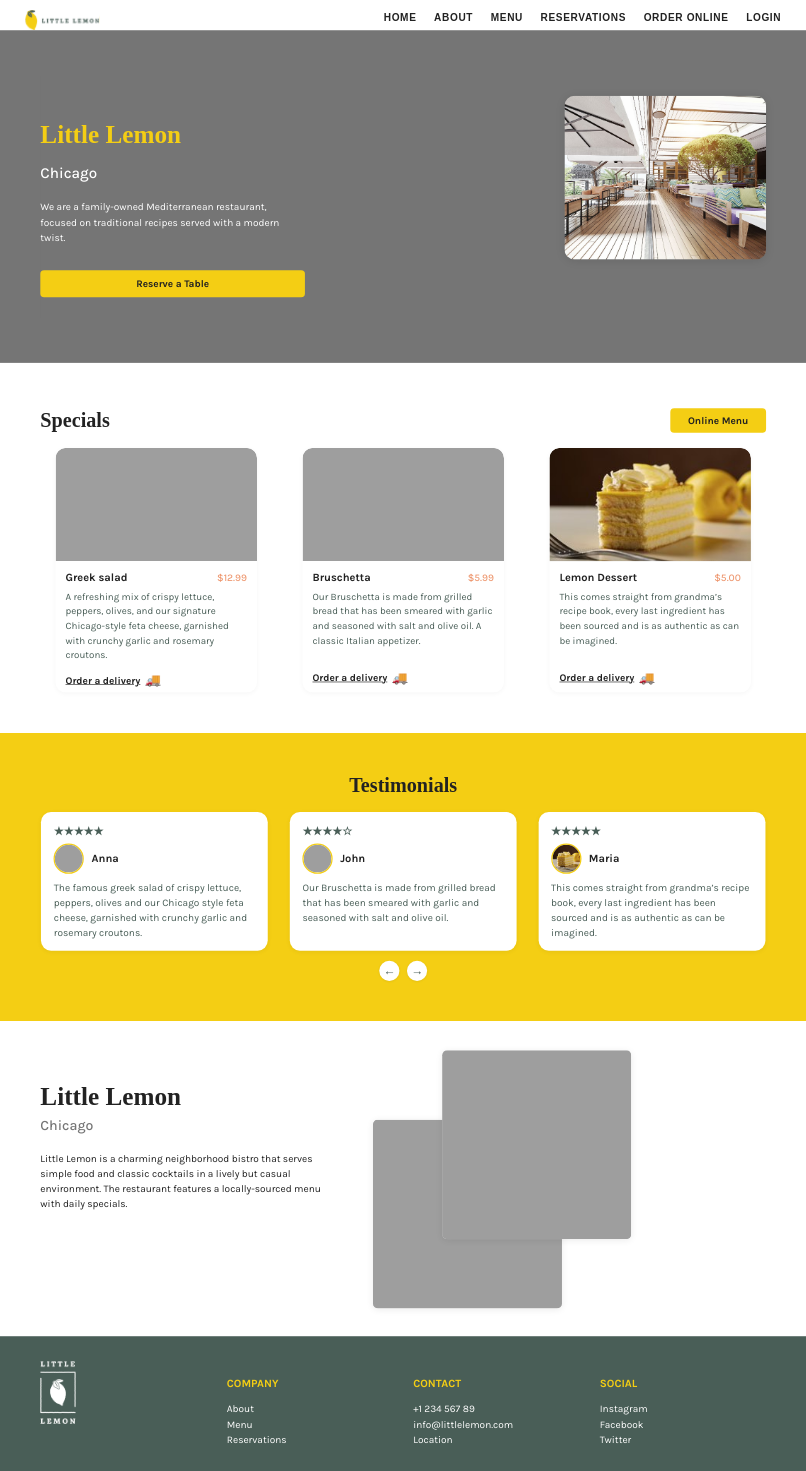
Repository: mrtseven/capstone-little-lemon-mrt
Page: /
An editor plug-in stored every save of this project. The page is shown before and after a run of saves, followed by the edit.
The browser window is 1280 px wide. The pictures show the whole page, at 63% of full size.
Pictures or frames that could not be fetched are drawn as grey boxes. Some web fonts or font styles are not loaded; a fallback is used. The project was rebuilt for these pictures with package versions that can differ from the ones it lists, and the page was loaded fresh each time. Also part of the build but not shown: src/pages/About.jsx, src/pages/Menu.jsx, src/components/ReservationForm.jsx, src/bookingsAPI.js, src/components/ConfirmedReservation.jsx, src/pages/Reservations.jsx, src/pages/Order.jsx, src/pages/Login.jsx.

Above is the page before, as saved 2025-07-28 18:17:29.

### public/index.html
<!DOCTYPE html>
<html lang="en">
  <head>
    <meta charset="utf-8" />
    <link rel="icon" href="%PUBLIC_URL%/favicon.ico" />
    <meta name="viewport" content="width=device-width, initial-scale=1" />
    <meta name="theme-color" content="#000000" />
    <meta name="description" content="Experience vibrant Mediterranean flavors at Little Lemon, a stylish bar and small plates restaurant in the heart of Dublin. Enjoy fresh produce, handcrafted cocktails, and a premium wine selection in a lively, modern atmosphere—perfect for intimate dinners or special occasions."/>
    <meta name="og:title" content="Little Lemon restaurant"/>
    <meta name="og:description" content="Experience vibrant Mediterranean flavors at Little Lemon, a stylish bar and small plates restaurant in the heart of Dublin. Enjoy fresh produce, handcrafted cocktails, and a premium wine selection in a lively, modern atmosphere—perfect for intimate dinners or special occasions."/>
    <meta name="og:image" content="%PUBLIC_URL%/restaurant.jpg"/>
    <link rel="preconnect" href="https://fonts.googleapis.com">
    <link rel="preconnect" href="https://fonts.gstatic.com" crossorigin>
    <link href="https://fonts.googleapis.com/css2?family=Markazi+Text:wght@400..700&display=swap" rel="stylesheet">
    <link rel="apple-touch-icon" href="%PUBLIC_URL%/logo192.png" />
    <!--
      manifest.json provides metadata used when your web app is installed on a
      user's mobile device or desktop. See https://developers.google.com/web/fundamentals/web-app-manifest/
    -->
    <link rel="manifest" href="%PUBLIC_URL%/manifest.json" />
    <!--
      Notice the use of %PUBLIC_URL% in the tags above.
      It will be replaced with the URL of the `public` folder during the build.
      Only files inside the `public` folder can be referenced from the HTML.

      Unlike "/favicon.ico" or "favicon.ico", "%PUBLIC_URL%/favicon.ico" will
      work correctly both with client-side routing and a non-root public URL.
      Learn how to configure a non-root public URL by running `npm run build`.
    -->
    <title>React App</title>
  </head>
  <body>
    <noscript>You need to enable JavaScript to run this app.</noscript>
    <div id="root"></div>
    <!--
      This HTML file is a template.
      If you open it directly in the browser, you will see an empty page.

      You can add webfonts, meta tags, or analytics to this file.
      The build step will place the bundled scripts into the <body> tag.

      To begin the development, run `npm start` or `yarn start`.
      To create a production bundle, use `npm run build` or `yarn build`.
    -->
  </body>
</html>

### src/App.css
@import url('https://fonts.googleapis.com/css2?family=Karla:wght@400;500;700;800&family=Markazi+Text:wght@400;500;700&display=swap');

/* === Type System & Base Styles === */

body {
  font-family: 'Karla', Arial, sans-serif;
  color: #222;
  background: #fff;
  margin: 0;
  padding: 0;
}

/* Display Title - Medium 64pt */
h1 {
  font-family: 'Markazi Text', serif;
  font-size: 64px;
  font-weight: 500;
  margin-bottom: 0.25em;
  line-height: 1.1;
}

/* Sub title - keep close to display */
h2 {
  font-family: 'Markazi Text', serif;
  font-size: 40px;
  font-weight: 400;
  margin-bottom: 0.25em;
  line-height: 1.2;
}

/* Regular 40pt (for h3) */
h3 {
  font-family: 'Markazi Text', serif;
  font-size: 40px;
  font-weight: 400;
  margin-bottom: 0.25em;
  line-height: 1.2;
}

/* Section Title! Uppercase 20pt Extra Bold */
h4 {
  font-family: 'Markazi Text', serif;
  font-size: 20px;
  font-weight: 800;
  text-transform: uppercase;
  margin-bottom: 0.5em;
  line-height: 1.2;
}

/* Card Title 18pt Bold */
h5 {
  font-family: 'Karla', Arial, sans-serif;
  font-size: 18px;
  font-weight: 700;
  margin-bottom: 0.5em;
  line-height: 1.2;
}

/* Category/Section 16pt Extra Bold */
h6 {
  font-family: 'Karla', Arial, sans-serif;
  font-size: 16px;
  font-weight: 700;
  margin-bottom: 0.5em;
  line-height: 1.2;
}

/* Paragraph text regular 16pt, 1.5 line height */
p {
  font-family: 'Karla', Arial, sans-serif;
  font-size: 16px;
  font-weight: 400;
  line-height: 1.5;
  margin-bottom: 1em;
  color: #222;
  max-width: 65ch;
}

/* Lead text (use .lead for emphasis) */
.lead {
  font-family: 'Karla', Arial, sans-serif;
  font-size: 18px;
  font-weight: 400;
  color: #222;
  margin-bottom: 0.5em;
}

/* Highlight text (e.g. price) */
.highlight {
  font-family: 'Karla', Arial, sans-serif;
  font-size: 16px;
  font-weight: 500;
  color: #495E57;
}

/* Section/Category bold (for span or strong) */
.bold {
  font-family: 'Karla', Arial, sans-serif;
  font-weight: 700;
}
.extra-bold {
  font-family: 'Karla', Arial, sans-serif;
  font-weight: 800;
}
.uppercase {
  text-transform: uppercase;
}

/* Accent colors */
.accent-green {
  color: #495E57;
}
.accent-yellow {
  color: #F4CE14;
}
.bg-accent-green {
  background: #495E57;
}
.bg-accent-yellow {
  background: #F4CE14;
}

/* Rounded corners utility */
.rounded-16 {
  border-radius: 16px;
}

/* Container for the navbar */
.navbar {
  max-width: 1200px;
  margin: 0 auto;
  display: flex;
  align-items: center;
  justify-content: space-between;
  background: #fff;
  padding: 16px 40px 0 40px; /* Top/Bottom, Left/Right */
  font-family: 'Arial', sans-serif;

}

/* Logo and brand */
.navbar-logo {
  display: flex;
  align-items: center;
}

.navbar-logo img {
  height: 32px; /* Adjust as needed */
  margin-right: 8px;
}

.navbar-brand {
  font-weight: bold;
  color: #CFC12D; /* Lemon yellow, adjust as necessary */
  letter-spacing: 2px;
  font-size: 1.1rem;
  display: none !important;
}

/* Navigation links */
.navbar-menu {
  display: flex;
  align-items: center;
  gap: 28px; /* Space between menu items */
}

.navbar-menu a {
  text-decoration: none;
  color: #222;
  font-weight: bold;
  text-transform: uppercase;
  letter-spacing: 1px;
  font-size: 1rem;
  padding-bottom: 8px;
  transition: color 0.2s;
}

.navbar-menu a:hover {
  color: #CFC12D; /* Highlight on hover */
}

/* Hamburger styles */
.navbar-hamburger {
  display: none;
  flex-direction: column;
  justify-content: center;
  align-items: center;
  width: 36px;
  height: 36px;
  background: none;
  border: none;
  cursor: pointer;
  padding: 0;
  margin-left: 16px;
  z-index: 1002;
}
.hamburger-bar {
  width: 24px;
  height: 3px;
  background: #222;
  margin: 3px 0;
  border-radius: 2px;
  transition: all 0.3s;
}

/* Responsive styles */
@media (max-width: 900px) {
  .navbar {
    padding: 16px 20px 0 20px;
  }
  .navbar-brand {
    display: inline;
    font-size: 1rem;
  }
}

@media (max-width: 768px) {
  .navbar-menu {
    position: absolute;
    top: 64px;
    right: 0;
    left: 0;
    background: #fff;
    flex-direction: column;
    align-items: flex-start;
    gap: 0;
    padding: 24px 32px 24px 32px;
    box-shadow: 0 4px 16px rgba(0,0,0,0.07);
    display: none;
    z-index: 1001;
  }
  .navbar-menu.open {
    display: flex;
  }
  .navbar-menu a {
    width: 100%;
    padding: 16px 0;
    font-size: 1.1rem;
    border-bottom: 1px solid #eee;
  }
  .navbar-hamburger {
    display: flex;
  }
  .navbar {
    position: relative;
  }
}

@media (min-width: 769px) {
  .navbar-menu {
    display: flex !important;
    position: static;
    flex-direction: row;
    background: none;
    box-shadow: none;
    padding: 0;
    gap: 28px;
  }
  .navbar-hamburger {
    display: none;
  }
  .navbar-brand {
    display: inline;
  }
}

/* Hero Section Styles */
.hero-section {
  width: 100vw;
  background: #757575;
  margin: 0;
  padding: 0;
  display: flex;
  justify-content: center;
  align-items: flex-start;
  margin-bottom: 48px;
}
.hero-section .container {
  display: flex;
  flex-direction: row;
  align-items: flex-start;
  gap: 48px;
  padding-top: 40px;
  padding-bottom: 40px;
}
.hero-content {
  flex: 1 1 0;
  max-width: 420px;
  padding: 0;
  display: flex;
  flex-direction: column;
  justify-content: center;
}
.hero-title {
  font-size: 40px;
  font-family: 'Markazi Text', serif;
  font-weight: 700;
  color: #F4CE14;
  margin-bottom: 0.1em;
}
.hero-location {
  font-size: 24px;
  font-family: 'Karla', Arial, sans-serif;
  font-weight: 500;
  color: #fff;
  margin-bottom: 0.5em;
}
.hero-description {
  color: #fff;
  font-size: 16px;
  margin-bottom: 2em;
}
.hero-cta {
  font-family: 'Karla', Arial, sans-serif;
  font-size: 1rem;
  font-weight: 700;
  color: #222;
  background: #F4CE14;
  border: none;
  border-radius: 6px;
  padding: 12px 32px;
  cursor: pointer;
  margin-top: 8px;
  transition: background 0.2s;
}
.hero-cta:hover {
  background: #ffe066;
}
.hero-image-wrapper {
  flex: 1 1 0;
  display: flex;
  align-items: flex-start;
  justify-content: flex-end;
  padding: 0;
}
.hero-image {
  width: 320px;
  height: 260px;
  object-fit: cover;
  border-radius: 16px;
  box-shadow: 0 2px 16px rgba(0,0,0,0.10);
}
@media (max-width: 900px) {
  .hero-section .container {
    flex-direction: column;
    gap: 24px;
    align-items: center;
    padding: 24px 0;
  }
  .hero-image {
    width: 100%;
    max-width: 320px;
    height: auto;
  }
}

/* Dish Card Styles */
.dish-card {
  background: #fff;
  border-radius: 16px;
  box-shadow: 0 2px 8px rgba(0,0,0,0.04);
  overflow: hidden;
  width: 320px;
  display: flex;
  flex-direction: column;
  margin: 0 auto;
}
.dish-card-img {
  width: 100%;
  height: 180px;
  object-fit: cover;
  border-top-left-radius: 16px;
  border-top-right-radius: 16px;
  border-bottom-left-radius: 0;
  border-bottom-right-radius: 0;
}
.dish-card-body {
  padding: 16px 16px 12px 16px;
  display: flex;
  flex-direction: column;
  flex: 1 1 0;
  min-height: 180px;
}
.dish-card-header {
  display: flex;
  justify-content: space-between;
  align-items: flex-start;
  margin-bottom: 8px;
}
.dish-card-title {
  font-size: 1.1rem;
  font-family: 'Karla', Arial, sans-serif;
  font-weight: 700;
  margin: 0;
  color: #222;
}
.dish-card-price {
  font-size: 1rem;
  font-family: 'Karla', Arial, sans-serif;
  font-weight: 500;
  color: #EE9972;
  margin-left: 8px;
}
.dish-card-desc {
  font-size: 0.97rem;
  color: #495E57;
  margin: 0 0 16px 0;
  font-family: 'Karla', Arial, sans-serif;
}
.dish-card-cta {
  display: flex;
  align-items: center;
  font-weight: 700;
  font-size: 1rem;
  color: #222;
  cursor: pointer;
  gap: 6px;
  margin-top: auto;
}
.dish-card-cta-icon {
  font-size: 1.2em;
  margin-left: 2px;
}

/* Specials Section Styles */
.specials-section {
  margin: 0;
  padding: 0 0 32px 0;
}
.specials-header-row {
  display: flex;
  align-items: center;
  justify-content: space-between;
  margin-bottom: 24px;
  padding-top: 8px;
}
.specials-title {
  font-size: 2rem;
  font-family: 'Markazi Text', serif;
  font-weight: 700;
  margin: 0;
  color: #222;
}
.specials-menu-btn {
  font-family: 'Karla', Arial, sans-serif;
  font-size: 1rem;
  font-weight: 700;
  color: #222;
  background: #F4CE14;
  border: none;
  border-radius: 6px;
  padding: 10px 28px;
  cursor: pointer;
  transition: background 0.2s;
}
.specials-menu-btn:hover {
  background: #ffe066;
}
.specials-cards-row {
  display: flex;
  gap: 24px;
  justify-content: flex-start;
  align-items: stretch;
  flex-wrap: wrap;
}
@media (max-width: 900px) {
  .specials-cards-row {
    flex-direction: column;
    gap: 20px;
    align-items: center;
  }
  .specials-header-row {
    flex-direction: column;
    align-items: flex-start;
    gap: 12px;
  }
}

/* Grid Container */
.container {
  max-width: 1200px;
  margin: 0 auto;
  padding-left: 24px;
  padding-right: 24px;
  width: 100%;
  box-sizing: border-box;
}

@media (max-width: 1240px) {
  .container {
    max-width: 100vw;
  }
}

@media (max-width: 600px) {
  .container {
    padding-left: 8px;
    padding-right: 8px;
  }
}

/* Testimonial Card Styles */
.testimonial-card {
  background: #fff;
  border-radius: 16px;
  box-shadow: 0 2px 8px rgba(0,0,0,0.06);
  padding: 20px 20px 16px 20px;
  width: 320px;
  min-height: 180px;
  display: flex;
  flex-direction: column;
  align-items: flex-start;
  margin: 0 auto;
}
.testimonial-rating {
  font-size: 1.1rem;
  font-weight: 700;
  color: #495E57;
  margin-bottom: 10px;
}
.testimonial-row {
  display: flex;
  align-items: center;
  gap: 12px;
  margin-bottom: 10px;
}
.testimonial-img {
  width: 44px;
  height: 44px;
  object-fit: cover;
  border-radius: 50%;
  border: 2px solid #F4CE14;
}
.testimonial-name {
  font-size: 1.1rem;
  font-weight: 700;
  color: #222;
}
.testimonial-text {
  font-size: 1rem;
  color: #495E57;
  margin: 0;
  font-family: 'Karla', Arial, sans-serif;
}

/* Testimonials Section (Carousel) */
.testimonials-section {
  background: #F4CE14;
  padding: 48px 0;
  width: 100vw;
  margin: 0;
}
.testimonials-section .container {
  display: flex;
  flex-direction: column;
  align-items: center;
}
.testimonials-carousel {
  display: flex;
  gap: 32px;
  justify-content: center;
  align-items: stretch;
  margin-top: 24px;
  width: 100%;
}
.testimonials-carousel-controls {
  display: flex;
  gap: 12px;
  margin-top: 16px;
  justify-content: center;
}
.testimonials-carousel-btn {
  background: #fff;
  border: none;
  border-radius: 50%;
  width: 32px;
  height: 32px;
  font-size: 1.2rem;
  color: #495E57;
  cursor: pointer;
  box-shadow: 0 1px 4px rgba(0,0,0,0.08);
  transition: background 0.2s;
}
.testimonials-carousel-btn:hover {
  background: #ffe066;
}
@media (max-width: 1100px) {
  .testimonials-carousel {
    flex-direction: column;
    gap: 24px;
    align-items: center;
  }
  .testimonial-card {
    width: 90vw;
    max-width: 340px;
  }
}

.about-section {
  padding: 64px 0 64px 0;
  background: #fff;
}
.about-container {
  display: flex;
  flex-direction: row;
  align-items: flex-start;
  justify-content: space-between;
  gap: 48px;
}
.about-text {
  flex: 1 1 0;
  max-width: 480px;
}
.about-title {
  font-family: 'Markazi Text', serif;
  font-size: 2.5rem;
  font-weight: 700;
  margin: 0 0 0.2em 0;
  color: #222;
}
.about-subtitle {
  font-family: 'Karla', Arial, sans-serif;
  font-size: 1.4rem;
  font-weight: 500;
  color: #757575;
  margin: 0 0 1.2em 0;
}
.about-text p {
  font-size: 1rem;
  color: #222;
  margin-bottom: 1em;
}
.about-images {
  flex: 1 1 0;
  position: relative;
  min-width: 320px;
  min-height: 320px;
  display: flex;
  align-items: center;
  justify-content: center;
}
.about-img {
  width: 220px;
  height: 220px;
  object-fit: cover;
  border-radius: 8px;
  box-shadow: 0 2px 12px rgba(0,0,0,0.08);
  position: absolute;
  background: #e0e0e0;
}
.about-img-bottom {
  left: 0;
  top: 40px;
  z-index: 1;
}
.about-img-top {
  left: 80px;
  top: -40px;
  z-index: 2;
}
@media (max-width: 900px) {
  .about-container {
    flex-direction: column;
    gap: 32px;
    align-items: center;
  }
  .about-images {
    min-width: 220px;
    min-height: 220px;
    height: 260px;
  }
  .about-img {
    width: 180px;
    height: 180px;
  }
  .about-img-top {
    left: 60px;
    top: -20px;
  }
  .about-img-bottom {
    left: 0;
    top: 40px;
  }
}

@media (min-width: 901px) {
  .about-img {
    width: 300px;
    height: 300px;
  }
  .about-images {
    min-width: 340px;
    min-height: 340px;
    height: 340px;
  }
  .about-img-top {
    left: 110px;
    top: -50px;
  }
  .about-img-bottom {
    left: 0;
    top: 60px;
  }
}

.footer-section {
  background: #495E57;
  color: #fff;
  padding: 48px 0 32px 0;
}
.footer-container {
  display: grid;
  grid-template-columns: 1fr 1fr 1fr 1fr;
  gap: 32px;
  align-items: flex-start;
}
.footer-col {
  display: flex;
  flex-direction: column;
  gap: 12px;
}
.footer-logo-col {
  align-items: flex-start;
}
.footer-logo {
  width: 56px;
  height: auto;
  margin-bottom: 8px;
}
.footer-heading {
  font-size: 1.1rem;
  font-family: 'Karla', Arial, sans-serif;
  font-weight: 700;
  margin-bottom: 8px;
  color: #F4CE14;
}
.footer-links {
  list-style: none;
  padding: 0;
  margin: 0;
  display: flex;
  flex-direction: column;
  gap: 6px;
}
.footer-links a {
  color: #fff;
  text-decoration: none;
  font-size: 1rem;
  transition: color 0.2s;
}
.footer-links a:hover {
  color: #F4CE14;
}
@media (max-width: 900px) {
  .footer-container {
    grid-template-columns: 1fr 1fr;
    gap: 24px;
  }
}
@media (max-width: 600px) {
  .footer-container {
    grid-template-columns: 1fr;
    gap: 20px;
  }
  .footer-section {
    padding: 32px 0 20px 0;
  }
}

/* Consistent Section Padding and White Space */
.hero-section,
.specials-section,
.testimonials-section,
.about-section {
  padding-top: 64px !important;
  padding-bottom: 64px !important;
  margin-top: 0 !important;
  margin-bottom: 0 !important;
}

@media (max-width: 900px) {
  .hero-section,
  .specials-section,
  .testimonials-section,
  .about-section {
    padding-top: 32px !important;
    padding-bottom: 32px !important;
  }
}

/* Remove extra margin from first and last child in each section */
.hero-section > .container > :first-child,
.specials-section > .container > :first-child,
.testimonials-section > .container > :first-child,
.about-section > .container > :first-child {
  margin-top: 0 !important;
}
.hero-section > .container > :last-child,
.specials-section > .container > :last-child,
.testimonials-section > .container > :last-child,
.about-section > .container > :last-child {
  margin-bottom: 0 !important;
}

.footer-section {
  padding-top: 40px;
  padding-bottom: 40px;
}
@media (max-width: 600px) {
  .footer-section {
    padding-top: 24px;
    padding-bottom: 24px;
  }
}

/* Remove section-specific padding/margin overrides */
.about-section,
.specials-section,
.testimonials-section,
.hero-section {
  background-clip: padding-box;
}

.hero-section {
  padding-top: 32px !important;
  padding-bottom: 32px !important;
}
.about-section {
  padding-top: 96px !important;
  padding-bottom: 64px !important;
}

@media (max-width: 900px) {
  .hero-section {
    padding-top: 20px !important;
    padding-bottom: 20px !important;
  }
  .about-section {
    padding-top: 48px !important;
    padding-bottom: 32px !important;
  }
}


/* Form Styles */
.reservation-form {
  max-width: 320px;
  margin: 3rem auto;
  padding: 32px 24px;
  background: #fff;
  border-radius: 14px;
  box-shadow: 0 4px 32px rgba(63, 63, 63, 0.07);
  font-family: 'Segoe UI', Arial, sans-serif;
}

/* make form use flex column with spacing between groups */
.reservation-form .input-group {
  display: flex;
  flex-direction: column;
  gap: 6px;
  margin-bottom: 18px;
}

.form-label {
  font-weight: 500;
  color: #36454f;
}

.form-input {
  padding: 9px 12px;
  border: 1px solid #bfc7d6;
  border-radius: 5px;
  font-size: 1rem;
  background: #fafbfc;
  transition: border-color 0.2s;
}

.form-input:focus {
  border-color: #ffc300;
  outline: none;
  background: #fffde7;
}

.form-submit {
  background-color: #F4CE14;
  color: #333;
  padding: 10px 20px;
  border: none;
  border-radius: 8px;
  font-size: 1rem;
  font-weight: bold;
  cursor: pointer;
  transition: background-color 0.3s;
}

.form-submit:hover,
.form-submit:focus {
  background: #ffee99;
  color: #000;
}

.form-submit:disabled {
    background-color: #ccc;
    cursor: not-allowed;
}

.form-actions {
  display: flex;
  flex-direction: column;
  gap: 1rem;
  margin-top: 1rem;
}

.form-cancel {
  background-color: transparent;
  color: #888;
  padding: 10px 20px;
  border: 1px solid #ccc;
  border-radius: 8px;
  font-size: 1rem;
  font-weight: bold;
  cursor: pointer;
  transition: background-color 0.3s, color 0.3s;
}

.form-cancel:hover {
  background-color: #f0f0f0;
  color: #333;
}

.error-message {
    color: red;
    font-size: 0.8em;
}

.input-error {
    border: 1px solid red;
}

/* Booking Confirmation Styles */
.booking-confirmation {
  max-width: 500px;
  margin: 3rem auto;
  padding: 32px 24px;
  background: #f9f9f9;
  border: 1px solid #495E57;
  border-radius: 14px;
  text-align: center;
  box-shadow: 0 4px 32px rgba(0, 0, 0, 0.08);
}

.booking-confirmation h2 {
  font-family: 'Markazi Text', serif;
  font-size: 2.5rem;
  color: #495E57; /* Little Lemon Green */
  margin-bottom: 0.5em;
}

.booking-confirmation p {
  font-family: 'Karla', Arial, sans-serif;
  font-size: 1.1rem;
  color: #333;
  line-height: 1.6;
}

### src/components/Hero.jsx
import React from 'react';
import PropTypes from 'prop-types';

export default function Hero({ title, location, description, cta, image }) {
  return (
    <section className="hero-section">
      <div className="hero-content">
        <h1 className="hero-title accent-yellow">{title}</h1>
        {location && <h2 className="hero-location">{location}</h2>}
        {description && <p className="hero-description">{description}</p>}
        <button className="hero-cta bg-accent-yellow">{cta}</button>
      </div>
      {image && (
        <div className="hero-image-wrapper">
          <img src={image} alt="Hero visual" className="hero-image rounded-16" />
        </div>
      )}
    </section>
  );
}

Hero.propTypes = {
  title: PropTypes.string.isRequired,
  cta: PropTypes.string.isRequired,
  location: PropTypes.string,
  description: PropTypes.string,
  image: PropTypes.string,
};

### src/components/Testimonial.jsx
import React from 'react';
import PropTypes from 'prop-types';

export default function Testimonial({ rating, image, name, text }) {
  return (
    <div className="testimonial-card rounded-16">
      <div className="testimonial-rating">{rating}</div>
      <div className="testimonial-row">
        <img src={image} alt={name} className="testimonial-img" />
        <span className="testimonial-name">{name}</span>
      </div>
      <p className="testimonial-text">{text}</p>
    </div>
  );
}

Testimonial.propTypes = {
  rating: PropTypes.oneOfType([PropTypes.string, PropTypes.number]).isRequired,
  image: PropTypes.string.isRequired,
  name: PropTypes.string.isRequired,
  text: PropTypes.string.isRequired,
};

Loaded but not shown: src/index.js (common file); src/index.css (common file); src/reportWebVitals.js (common file); src/App.js (29 lines, source omitted); src/sections/Main.jsx (130 lines, source omitted); src/sections/Nav.jsx (42 lines, source omitted); src/sections/Footer.jsx (44 lines, source omitted); src/components/DishCard.jsx (29 lines, source omitted)

After the next 5 saves:
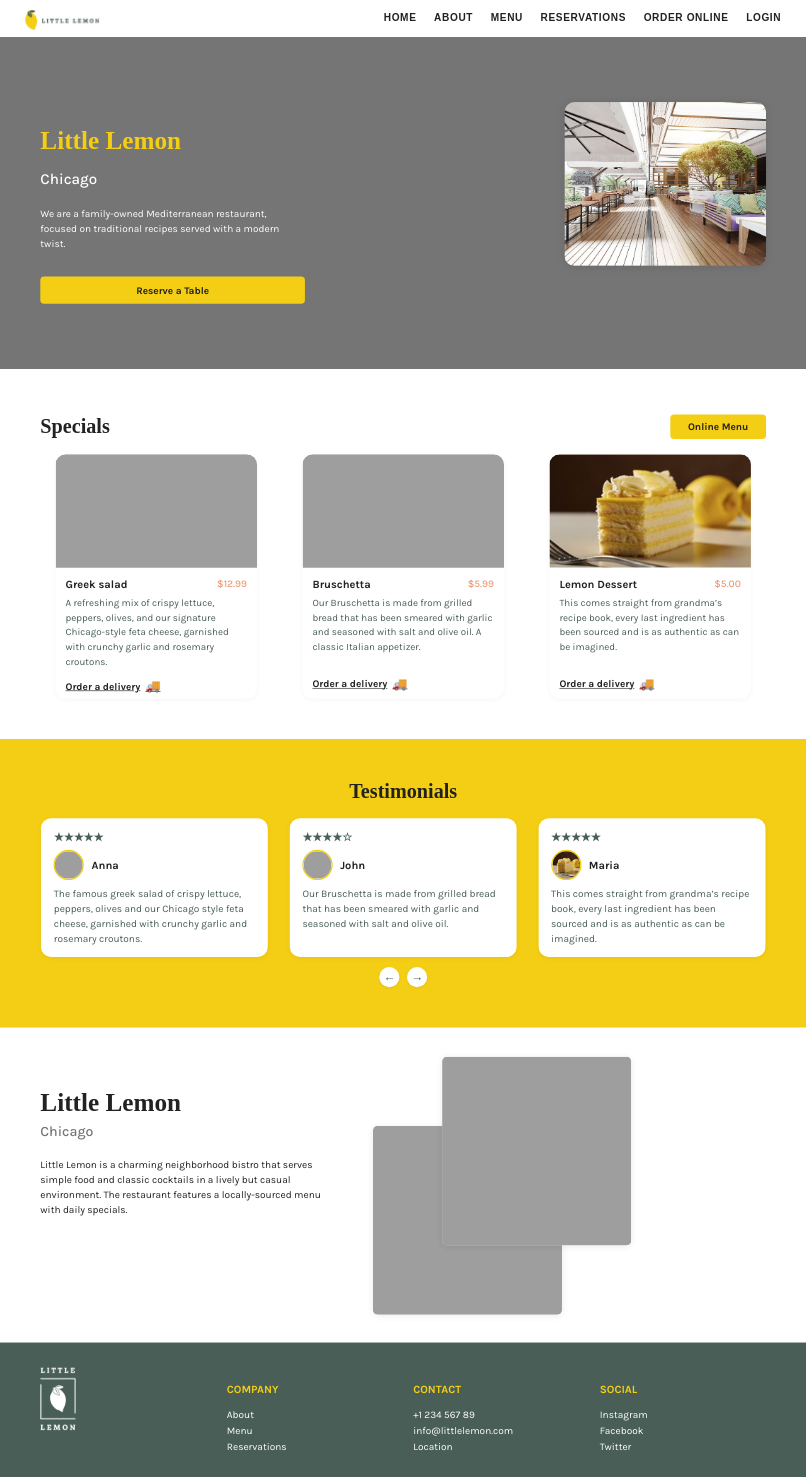
The 5 saves are shown as one change because they came seconds apart.
The last was saved 15 s later.
--- a/src/App.css
+++ b/src/App.css
@@ -133,7 +133,7 @@ p {
   align-items: center;
   justify-content: space-between;
   background: #fff;
-  padding: 16px 40px 0 40px; /* Top/Bottom, Left/Right */
+  padding: 16px 40px 10px 40px; /* Top/Bottom, Left/Right */
   font-family: 'Arial', sans-serif;
 
 }
